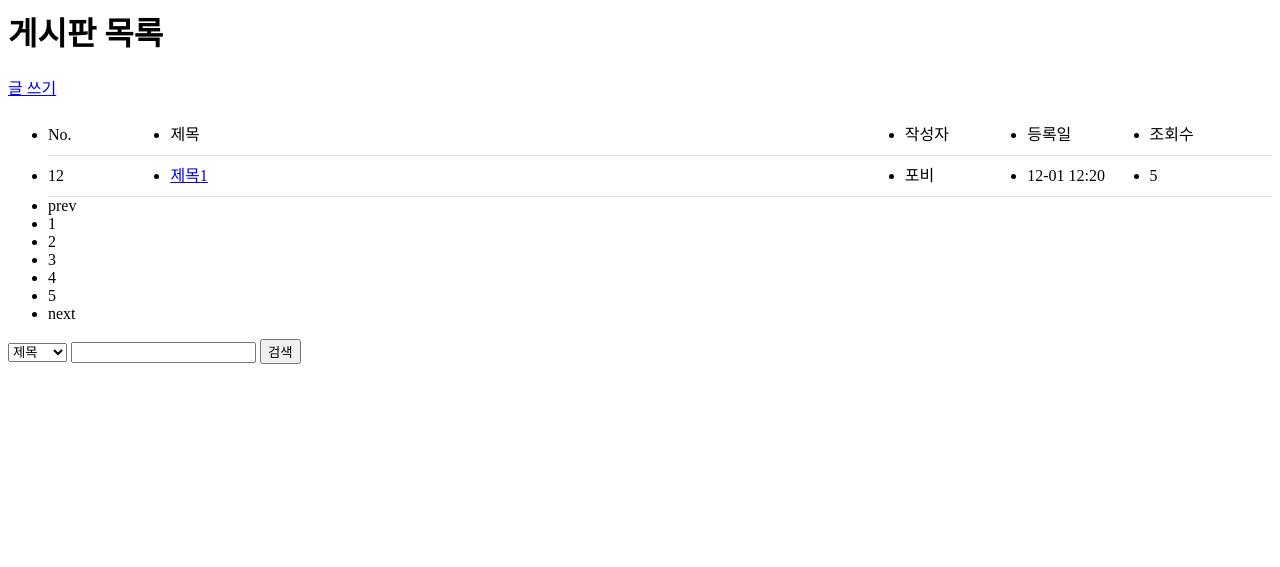
Repository: smg1024/StudySpring
Page: http://localhost/webSpringTest/WEB-INF/views/board/boardList.jsp
These files come from the project's save history. The page is drawn as it stood at one moment and after the next save; the edit follows.
The browser window is 1280 px wide. The pictures show the whole page.
The page is served by Tomcat 9. Nobody is signed in. The template is opened directly, without the code that normally fills it, so the values that code supplies are empty.

Above is the page before, as saved 2022-12-14 01:21:55.

After the next save:
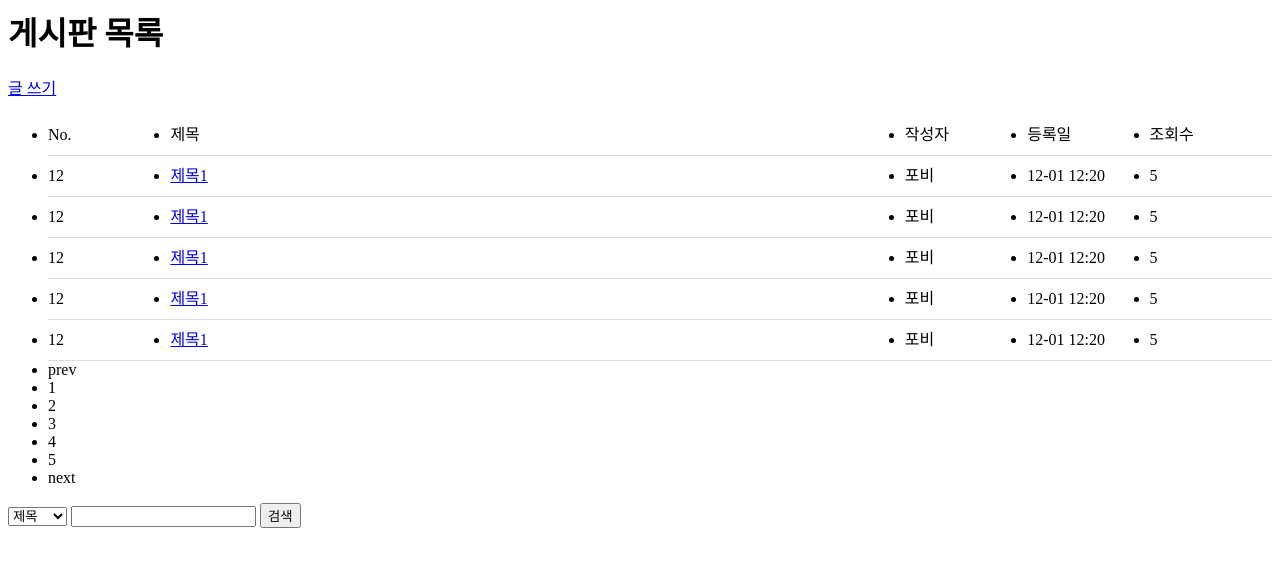
Saved 66 s later.
--- a/webSpringTest/src/main/webapp/WEB-INF/views/board/boardList.jsp
+++ b/webSpringTest/src/main/webapp/WEB-INF/views/board/boardList.jsp
@@ -14,6 +14,30 @@
 		<li>작성자</li>
 		<li>등록일</li>
 		<li>조회수</li>
+
+		<li>12</li>
+		<li><a href="/myapp/board/boardView?postno=#">제목1</a></li>
+		<li>포비</li>
+		<li>12-01 12:20</li>
+		<li>5</li>
+
+		<li>12</li>
+		<li><a href="/myapp/board/boardView?postno=#">제목1</a></li>
+		<li>포비</li>
+		<li>12-01 12:20</li>
+		<li>5</li>
+
+		<li>12</li>
+		<li><a href="/myapp/board/boardView?postno=#">제목1</a></li>
+		<li>포비</li>
+		<li>12-01 12:20</li>
+		<li>5</li>
+		<li>12</li>
+
+		<li><a href="/myapp/board/boardView?postno=#">제목1</a></li>
+		<li>포비</li>
+		<li>12-01 12:20</li>
+		<li>5</li>
 
 		<li>12</li>
 		<li><a href="/myapp/board/boardView?postno=#">제목1</a></li>
